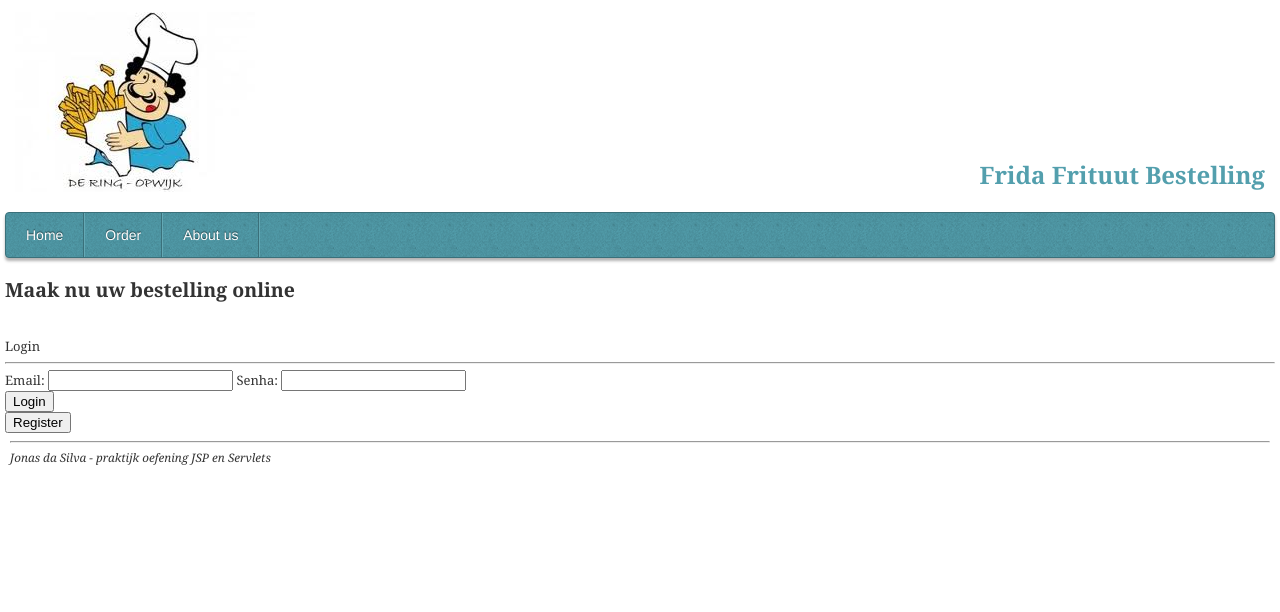
Repository: Projetos-intec/workspace-JavaWebJSP
Page: http://localhost/FrituurFrida/order.jsp
An editor plug-in stored every save of this project. The page is shown before and after the next save, followed by the edit.
The browser window is 1280 px wide. The pictures show the whole page.
The page is served by Tomcat 9. Other server files are loaded and not shown. The template is opened directly, without the code that normally fills it, so the values that code supplies are empty.

Above is the page before, as saved 2014-09-18 09:38:00.

### FrituurFrida/WebContent/order.jsp
<%@ page language="java" contentType="text/html; charset=ISO-8859-1"
	pageEncoding="ISO-8859-1"%>
<!DOCTYPE html PUBLIC "-//W3C//DTD HTML 4.01 Transitional//EN" "http://www.w3.org/TR/html4/loose.dtd">
<html>
<head>
<head>
<meta http-equiv="Content-Type" content="text/html; charset=ISO-8859-1">
<title>Welkom bij Frituur Frida</title>
<link rel='stylesheet' href='styles/default.css' />
</head>
<body>
	<header>
	<div id='logo'>
		<img src='images/logo.jpg' alt='Frituur Frida' />
	</div>
	<div id='demotitel'>

		<h1>Frida Frituut Bestelling </h1>
	</div>
	</header>
	<nav>
	<ul>
		<li><a href='welkom'>Home</a></li>
		<li><a href='order.jsp'>Order</a></li>
		<li><a href='aboutus.jsp'>About us</a></li>
	</ul>
	</nav>
	<article>
	<h2>Maak nu uw bestelling online </h2>

	${welkom}
	<br />
	Login
	<hr />
	<form action="AddUsuario" method="POST">
		Email: <input type="email" name="email" /> Senha: <input
			type="password" name="senha" /> <br /> <input type="submit"
			value="Login" />
	</form>
	<form action="AddUsuario" method="POST">
		<input type="submit" value="Register" name="regs" />

	</form>

	<footer>
	<hr />
	Jonas da Silva - praktijk oefening JSP en Servlets </footer>
</body>
</html>

### FrituurFrida/WebContent/styles/default.css
body {
	font-family: Georgia, "Times New Roman", Times, serif;
	font-size: 13px;
	color: #333;
	background-color: #FFF;
	margin: 0;
	padding: 0;
}

p {
	padding: 10px;
}

h1 {
	font-size: 24px;
	color: #539FAD;
}

table {
	margin: 1em 0;
	border-collapse: collapse;

}

table caption {
	text-align: left;
	font-weight: bold;
	padding: 0 0 .3em;
	color: #003d5d;
}

table td,table th {
	text-align: left;
	border: 1px solid #b1d2e4;
	padding: 3px 20px;
	vertical-align: top;
}

table th {
	font-weight: bold;
    background: #EEE url(pattern.png) top left repeat;
}

table thead th {
	background: #ecf7fd;
}

header {
	height: 200px;
}

nav {
	width: auto;
	margin: 0 5px 0 5px;
}

nav ul,
nav li nav a {
  list-style: none;
  margin: 0;
  padding: 0;
  border: 0;
  font-size: 14px;
  font-family: Helvetica;
  line-height: 1;
}

nav ul {
  zoom: 1;
  background: #539fad url(pattern.png) top left repeat;
  -webkit-border-radius: 4px;
  -moz-border-radius: 4px;
  border-radius: 4px;
  border: 1px solid #3a707a;
  -moz-box-shadow: 0 3px 3px rgba(0, 0, 0, 0.3);
  -webkit-box-shadow: 0 3px 3px rgba(0, 0, 0, 0.3);
  box-shadow: 0 3px 3px rgba(0, 0, 0, 0.3);
}
nav ul:before {
  content: '';
  display: block;
}
nav ul:after {
  content: '';
  display: table;
  clear: both;
}
nav a,
nav a:link,
nav a:visited {
  padding: 15px 20px;
  display: block;
  text-decoration: none;
  color: #ffffff;
  text-shadow: 0 -1px 1px #214046;
  border-right: 1px solid #3a707a;
}
nav a:hover {
  color: #214046;
  text-shadow: 0 1px 1px #76b2bd;
}
nav li {
  float: left;
  border-right: 1px solid #64a9b5;
}
nav li:hover {
  background: #4a8f9c url(pattern.png) top left repeat;
}
nav li:first-child {
  border-left: none;
  -webkit-border-radius: 4px 0 0 4px;
  -moz-border-radius: 4px 0 0 4px;
  border-radius: 4px 0 0 4px;
}

header, article, footer {
	padding: 2px 5px 10px 5px;
}

footer {
	font-style: italic;
	font-size: 0.9em;
}

#logo {
	margin: 10px 0 -23px 10px;
	float: left;
}

#demotitel {
	margin: 140px 10px 0 0;
	float: right;

}

After the next save:
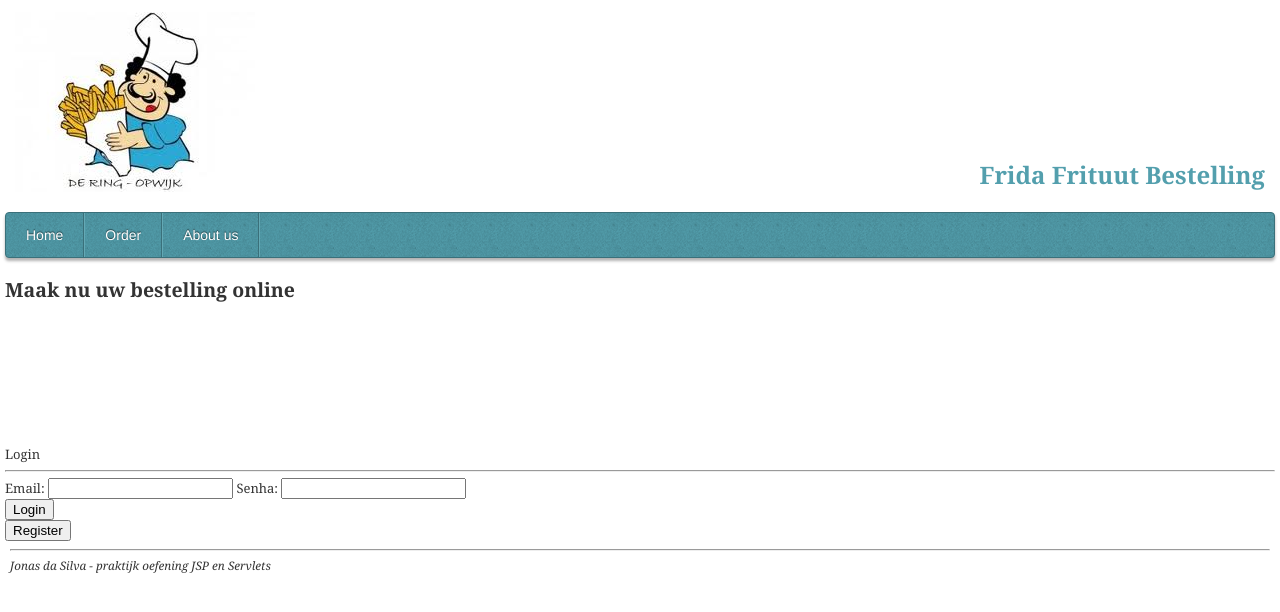
Saved 21 s later.
--- a/FrituurFrida/WebContent/order.jsp
+++ b/FrituurFrida/WebContent/order.jsp
@@ -27,8 +27,10 @@
 	</nav>
 	<article>
 	<h2>Maak nu uw bestelling online </h2>
+<br/><br/><br/>
+	${welkom}
+	<br/><br/><br/>
 
-	${welkom}
 	<br />
 	Login
 	<hr />
